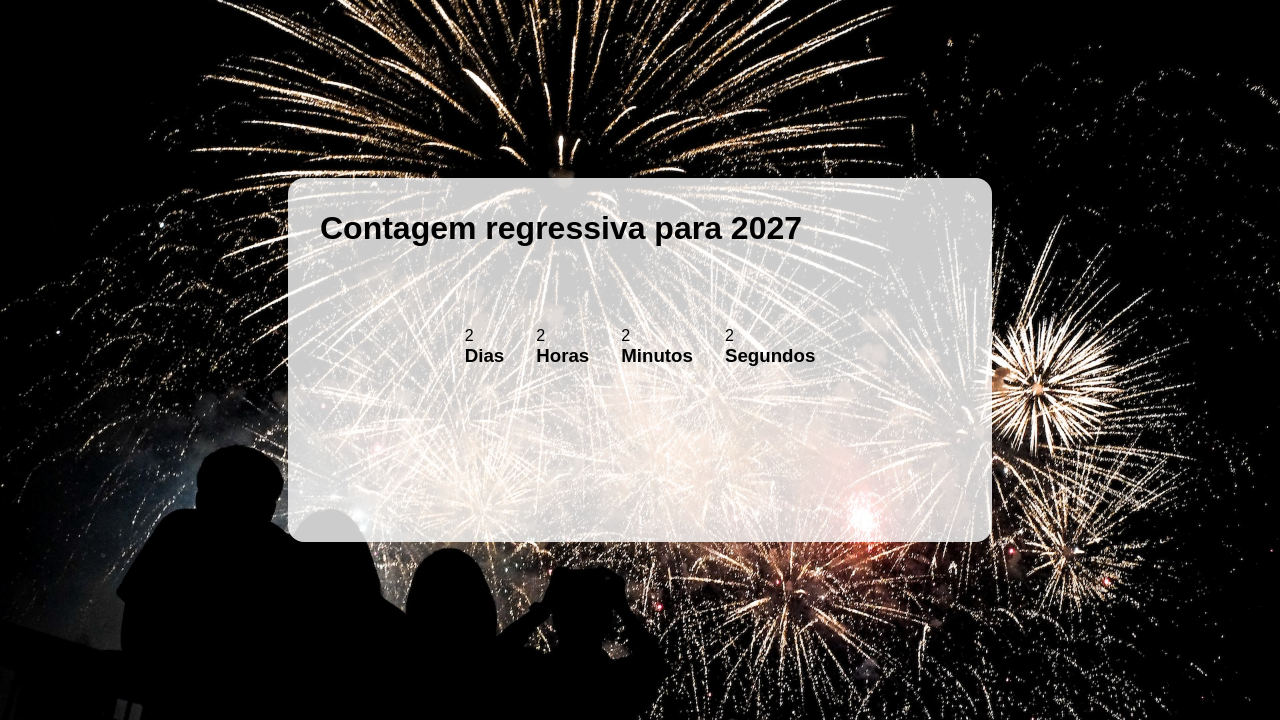
Repository: Bitroia/countdown_timer
Page: / (app in countdown/)
These files come from the project's save history. The page is drawn as it stood at one moment and after a run of saves; the edit follows.
The browser window is 1280 px wide. The pictures show the whole page.
The project was rebuilt for these pictures with package versions that can differ from the ones it lists, and the page was loaded fresh each time. Also part of the build but not shown: countdown/vite.config.js.

Above is the page before, as saved 2026-07-07 19:10:22.

After the next 6 saves:
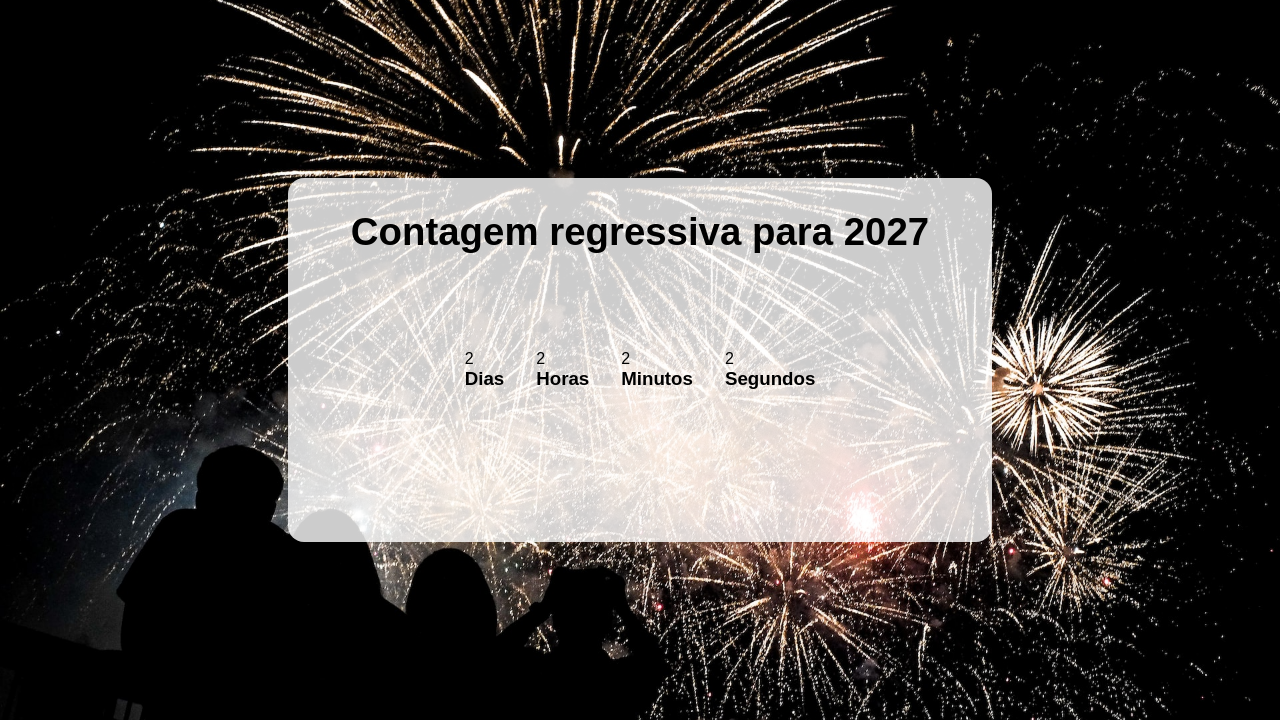
The 6 saves are shown as one change because they came seconds apart.
The last was saved 19 s later.
--- a/countdown/src/components/Title.css
+++ b/countdown/src/components/Title.css
@@ -1,3 +1,5 @@
-.title{
-
+.title {
+  text-align: center;
+  margin-bottom: 1rem;
+  font-size: 2.4rem;
 }
